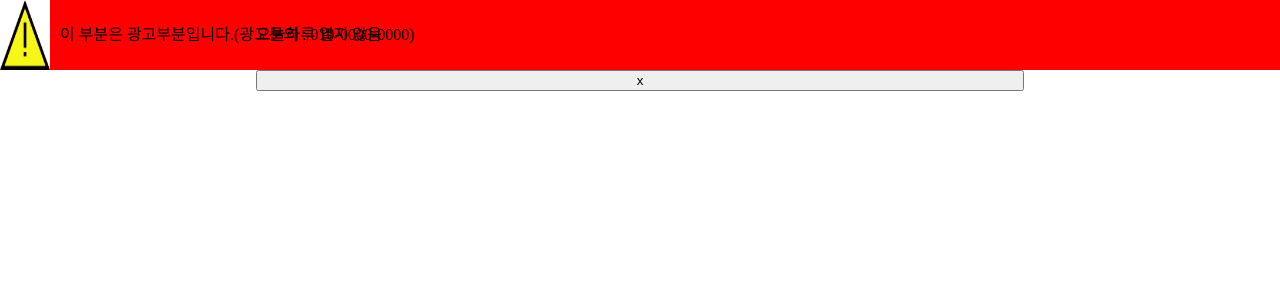
Repository: leehyeonung/myproject
Page: http://localhost/myproject/
The author's editor kept a copy of each file at every save. The page is drawn from the files as they stood at one save, then again after the next save.
The browser window is 1280 px wide. The pictures show the whole page.
The page is served by Tomcat 9.

Above is the page before, as saved 2023-03-15 11:31:11.

After the next save:
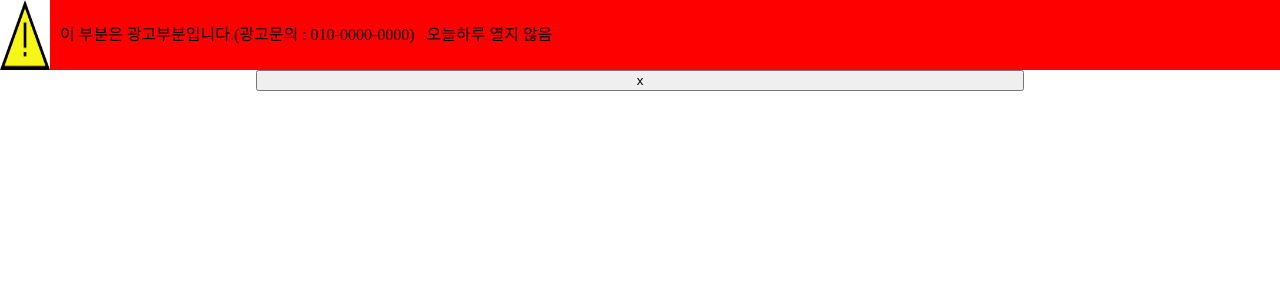
Saved 36 min 9 s later.
--- a/myproject/src/main/webapp/header.jsp
+++ b/myproject/src/main/webapp/header.jsp
@@ -13,9 +13,7 @@
 <img alt="" src="/resources/image/warning2.jpg">
 
 <div class="ad_text">
-이 부분은 광고부분입니다.(광고문의 : 010-0000-0000)
-</div>
-<div class="ad_button">
+이 부분은 광고부분입니다.(광고문의 : 010-0000-0000) &nbsp;
 오늘하루 열지 않음
 
 <form action="">
